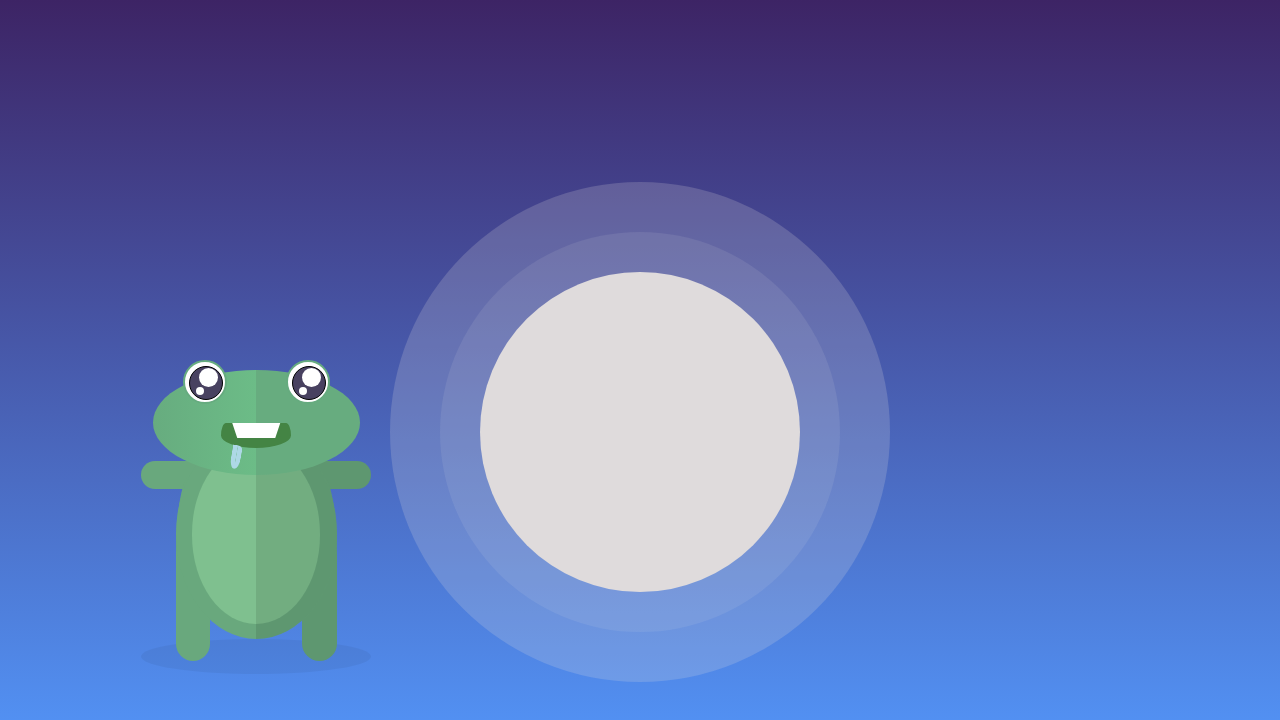
Repository: celinakhalife/cssCharacterDesign
Page: /
These files come from the project's save history. The page is drawn as it stood at one moment and after the next save; the edit follows.
The browser window is 1280 px wide. The pictures show the whole page.
The project was rebuilt for these pictures with package versions that can differ from the ones it lists, and the page was loaded fresh each time. Also part of the build but not shown: angular.json.

Above is the page before, as saved 2018-10-21 13:10:42.

### src/index.html
<!doctype html>
<html lang="en">
<head>
  <meta charset="utf-8">
  <title>AnimalKingdom</title>
  <base href="/">

  <meta name="viewport" content="width=device-width, initial-scale=1">
  <link rel="icon" type="image/x-icon" href="favicon.ico">
</head>
<body>
  <app-root></app-root>
</body>
</html>

### src/styles.scss
/* You can add global styles to this file, and also import other style files */
body, html{
    width:100%;
    height: 100%;
    padding:0;
    margin:0;
}

### src/app/app.component.ts
import { Component } from '@angular/core';

@Component({
  selector: 'app-root',
  templateUrl: './app.component.html',
  styleUrls: ['./app.component.scss']
})
export class AppComponent {
  title = 'animalKingdom';
}

### src/app/alien/alien.component.ts
import { Component, OnInit } from '@angular/core';

@Component({
  selector: 'app-alien',
  templateUrl: './alien.component.html',
  styleUrls: ['./alien.component.scss']
})
export class AlienComponent implements OnInit {

  constructor() { }

  ngOnInit() {
  }

}

### src/app/app.component.html
<div class="background">
  <div class="planet">
    <div class="circle-2">
      <div class="circle-1">
      </div>

    </div>

  </div>
</div>

<app-alien></app-alien>

### src/app/app.component.scss
.background {
  background: rgb(61, 36, 101); /* Old browsers */
  background: -moz-linear-gradient(
    top,
    rgba(61, 36, 101, 1) 0%,
    rgba(82, 144, 242, 1) 100%
  ); /* FF3.6-15 */
  background: -webkit-linear-gradient(
    top,
    rgba(61, 36, 101, 1) 0%,
    rgba(82, 144, 242, 1) 100%
  ); /* Chrome10-25,Safari5.1-6 */
  background: linear-gradient(
    to bottom,
    rgba(61, 36, 101, 1) 0%,
    rgba(82, 144, 242, 1) 100%
  ); /* W3C, IE10+, FF16+, Chrome26+, Opera12+, Safari7+ */
  filter: progid:DXImageTransform.Microsoft.gradient( startColorstr='#3d2465', endColorstr='#5290f2',GradientType=0 ); /* IE6-9 */
  width: 100%;
  height: 100%;
  overflow: hidden;
  .planet {
    width: 80vw;
    height: 80vw;
    max-width: 500px;
    max-height: 500px;
    background-color: rgba(223, 219, 220, 0.2);
    border-radius: 50%;
    position: absolute;
    top: 60%;
    left: 50%;
    transform: translate(-50%, -50%);

    .circle-2,
    .circle-1 {
      width: 80%;
      height: 80%;
      border-radius: 50%;
      margin-top: 10%;
      margin-left: 10%;
      display: inline-block;
    }

    .circle-2 {
      background-color: rgba(223, 219, 220, 0.1);
      .circle-1 {
        background-color: rgb(223, 219, 220);
      }
    }
  }
}

### src/app/alien/alien.component.html
<div class="monster">
  <div class="head roundShape">
    <div class="eyes roundShape left">
      <div class="eyeball roundShape">
        <div class="cirleBig roundShape"></div>
        <div class="cirleSmall roundShape"></div>
      </div>
    </div>
    <div class="eyes roundShape right">
      <div class="eyeball roundShape">
        <div class="cirleBig roundShape"></div>
        <div class="cirleSmall roundShape"></div>
      </div>
    </div>
    <div class="mouth">
      <div class="teeth"></div>
      <div class="drool"></div>
    </div>
  </div>
  <div class="body">
    <div class="belly roundShape"></div>
    <div class="darkOverlay"></div>
  </div>
  <div class="hand right"></div>
  <div class="hand left"></div>

  <div class="feet right"></div>
  <div class="feet left"></div>

  <div class="shadow"></div>
</div>

### src/app/alien/alien.component.scss
.roundShape {
  border-radius: 50%;
}

.monster {
  position: absolute;
  left: 20%;
  bottom: 0;
  transform: translateX(-50%);
  width: 230px;
  height: 350px;

  .head {
    /* Permalink - use to edit and share this gradient: http://colorzilla.com/gradient-editor/#67ac7f+0,6cbc87+50,67ac7f+50,67ac7f+100 */
    background: rgb(103, 172, 127); /* Old browsers */
    background: -moz-linear-gradient(
      left,
      rgba(103, 172, 127, 1) 0%,
      rgba(108, 188, 135, 1) 50%,
      rgba(103, 172, 127, 1) 50%,
      rgba(103, 172, 127, 1) 100%
    ); /* FF3.6-15 */
    background: -webkit-linear-gradient(
      left,
      rgba(103, 172, 127, 1) 0%,
      rgba(108, 188, 135, 1) 50%,
      rgba(103, 172, 127, 1) 50%,
      rgba(103, 172, 127, 1) 100%
    ); /* Chrome10-25,Safari5.1-6 */
    background: linear-gradient(
      to right,
      rgba(103, 172, 127, 1) 0%,
      rgba(108, 188, 135, 1) 50%,
      rgba(103, 172, 127, 1) 50%,
      rgba(103, 172, 127, 1) 100%
    ); /* W3C, IE10+, FF16+, Chrome26+, Opera12+, Safari7+ */
    filter: progid:DXImageTransform.Microsoft.gradient( startColorstr='#67ac7f', endColorstr='#67ac7f',GradientType=1 ); /* IE6-9 */
    width: 90%;
    margin-left: 5%;
    height: 30%;
    z-index: 2;
    position: relative;
    > .darkOverlay {
      border-radius: 50% / 0 50% 50% 0;
    }
    .eyes {
      position: absolute;
      background: white;
      border: 2px solid #66ab7f;
      top: -10px;
      top: -10%;
      width: 40px;
      height: 40px;

      &.left {
        left: 30px;
      }
      &.right {
        right: 30px;
      }

      .eyeball {
        width: 80%;
        height: 80%;
        background: #484160;
        border: 1px solid black;
        position: absolute;
        top: 10%;
        left: 5%;
        animation: eyesAnimation ease infinite 4s; /* IE 10+, Fx 29+ */

        .cirleBig,
        .cirleSmall {
          background: white;
        }
        .cirleBig {
          width: 60%;
          height: 60%;
          margin: 5% 0% 0% 10%;
          animation: eyesCircleBigAnimation ease infinite 4s; /* IE 10+, Fx 29+ */
        }
        .cirleSmall {
          width: 25%;
          height: 25%;
          margin: 0 0% 0 45%;
          animation: eyesCircleSmallAnimation ease infinite 4s; /* IE 10+, Fx 29+ */
        }
      }
    }
    .mouth {
      width: 50px;
      height: 5px;
      border-width: 10px;
      border-color: #448444;
      background: #448444;
      border-radius: 5px 5px 50% 50% / 50% 50% 50% 50%;
      border-style: solid;
      position: absolute;
      top: 50%;
      left: 50%;
      transform: translateX(-50%);
      animation: mouthAnimation ease infinite 10s;

      .teeth {
        width: 75%;
        height: 0;
        border-left: 5px solid transparent;
        border-right: 5px solid transparent;
        border-bottom: 1px solid transparent;
        border-top: 15px solid white;
        border-style: solid;
        position: relative;
        top: -10px;
        left: 50%;
        transform: translateX(-50%);
        animation: teethAnimation ease infinite 10s;
      }

      .drool {
        border-color: lightblue;
        border-style: solid;
        width: 0;
        height: 0;
        border-width: 0px 5px 6px 5px;
        position: absolute;
        top: 12px;
        transform: rotate(10deg);
        border-radius: 0% 50% 50% 50% / 20% 20% 50% 50%;
        animation: droolingAnimation ease infinite 10s;
      }
    }
  }
  .body {
    height: 60%;
    margin-top: -20%;
    background: #69a87d;
    width: 70%;
    margin-left: 15%;
    overflow: hidden;
    z-index: 1;
    position: relative;
    border-radius: 50%;

    .darkOverlay {
      background: rgba(0, 0, 0, 0.1);
      width: 50%;
      height: 100%;
      position: absolute;
      left: 50%;
      top: 0;
    }
    .belly {
      width: 80%;
      height: 85%;
      margin: 10% 0 0 10%;
      background: #7fc08f;
      display: inline-block;
    }
  }
  .hand {
    width: 50%;
    background: #69a87d;
    height: 8%;
    border-radius: 20px;
    position: absolute;
    top: 26%;
    z-index: 0;
    &.left {
      left: 0;
    }
    &.right {
      background: #5e9770;
      right: 0;
      animation: helloAnimation ease 0.3s 5; /* IE 10+, Fx 29+ */
    }
  }
  .feet {
    width: 15%;
    background: #69a87d;
    height: 53%;
    position: absolute;
    top: 30%;
    z-index: 0;
    &.left {
      left: 15%;
      border-radius: 50% 50% 20px 20px;
    }
    &.right {
      background: #5e9770;
      right: 15%;
      border-radius: 50% 50% 20px 20px;
    }
  }
  .shadow {
    background: rgba(0, 0, 0, 0.05);
    width: 100%;
    height: 10%;
    border-radius: 50%;
    z-index: 0;
  }
}

@-webkit-keyframes eyesAnimation {
  0% {
    top: 10%;
    left: 5%;
  }
  25% {
    top: 10%;
    left: 10%;
  }
  50% {
    top: 10%;
    left: 5%;
  }
}

@-webkit-keyframes eyesCircleBigAnimation {
  0% {
    margin: 5% 0% 0% 10%;
  }
  25% {
    margin: 5% 0% 0% 30%;
  }
  50% {
    margin: 5% 0% 0% 10%;
  }
}
@-webkit-keyframes eyesCircleSmallAnimation {
  0% {
    margin: 0% 0% 0% 45%;
  }
  25% {
    margin: 0% 0% 0% 20%;
  }
  50% {
    margin: 0% 0% 0% 45%;
  }
}

@-webkit-keyframes droolingAnimation {
  75% {
    height: 20px;
    top: 12px;
  }
  80% {
    height: 0px;
    top: 8px;
  }
  85% {
    top: 12px;
  }
}

@-webkit-keyframes mouthAnimation {
  75% {
    height: 5px;
    border-left-width: 10px;
    border-right-width: 10px;
  }
  80% {
    height: 0;
    border-left-width: 5px;
    border-right-width: 5px;
  }
  85% {
    height: 5px;
    border-left-width: 10px;
    border-right-width: 10px;
  }
}

@-webkit-keyframes teethAnimation {
  75% {
    width: 75%;
  }
  80% {
    width: 70%;
  }
  85% {
    width: 75%;
  }
}

@-webkit-keyframes helloAnimation {
  10% {
    transform: rotate(0deg);
  }
  50% {
    transform: rotate(-15deg);
  }
  100% {
    transform: rotate(0deg);
  }
}

Loaded but not shown: src/main.ts (common file); src/app/app.module.ts (common file); src/environments/environment.ts (common file)

After the next save:
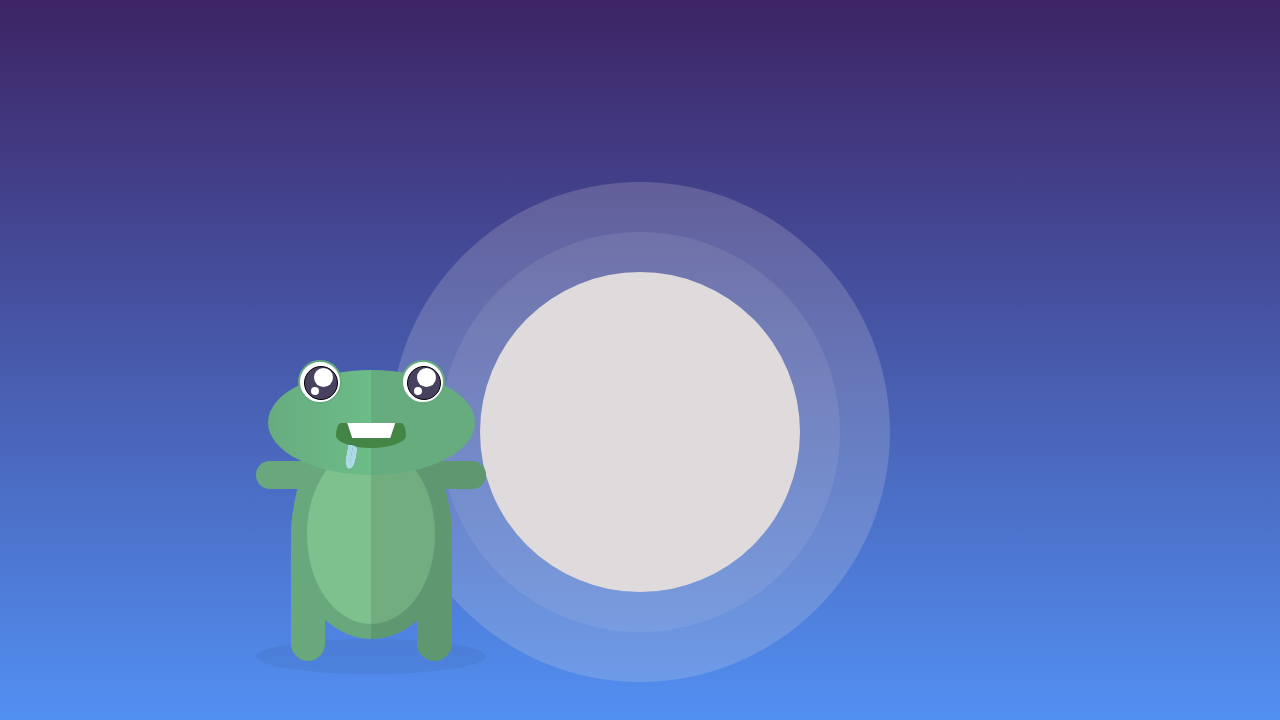
Saved 4 s later.
--- a/src/app/alien/alien.component.scss
+++ b/src/app/alien/alien.component.scss
@@ -6,7 +6,6 @@
   position: absolute;
   left: 20%;
   bottom: 0;
-  transform: translateX(-50%);
   width: 230px;
   height: 350px;
 
